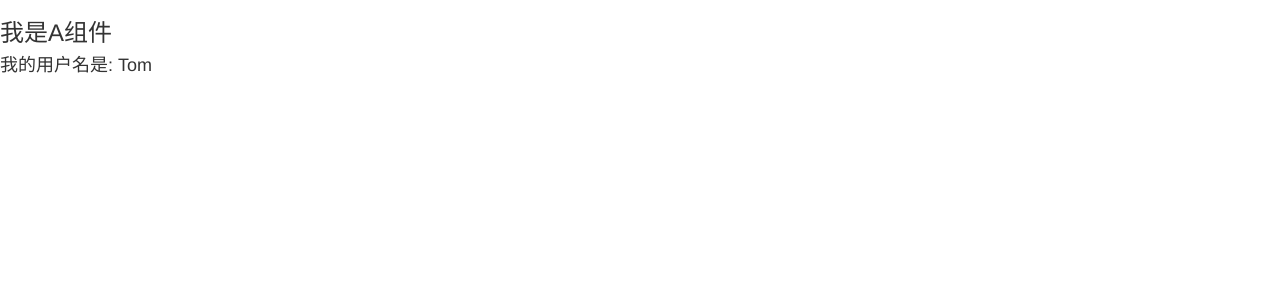
Repository: JinYiGao/ReactLearning
Page: / (app in 14.React脚手架/react_extension/)
These files come from the project's save history. The page is drawn as it stood at one moment and after the next save; the edit follows.
The browser window is 1280 px wide. The pictures show the whole page.
The project was rebuilt for these pictures with package versions that can differ from the ones it lists, and the page was loaded fresh each time.

Above is the page before, as saved 2022-04-12 23:17:48.

After the next save:
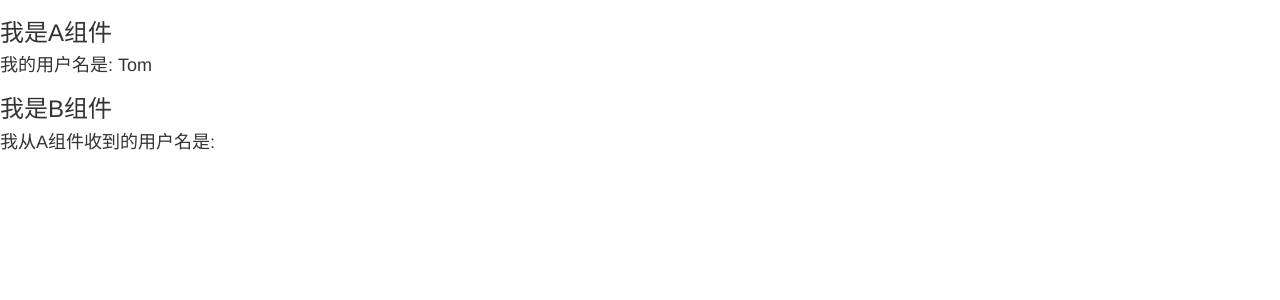
Saved 30 s later.
--- a/14.React脚手架/react_extension/src/components/5_Context/index.jsx
+++ b/14.React脚手架/react_extension/src/components/5_Context/index.jsx
@@ -4,7 +4,7 @@
  * @Author: JinYiGao
  * @Date: 2022-04-12 23:14:12
  * @LastEditors: JinYiGao
- * @LastEditTime: 2022-04-12 23:16:41
+ * @LastEditTime: 2022-04-12 23:18:18
  */
 import React, { Component } from 'react'
 
@@ -15,6 +15,7 @@ export default class A extends Component {
       <div>
           <h3>我是A组件</h3>
           <h4>我的用户名是: {this.state.username}</h4>
+          <B></B>
       </div>
     )
   }
